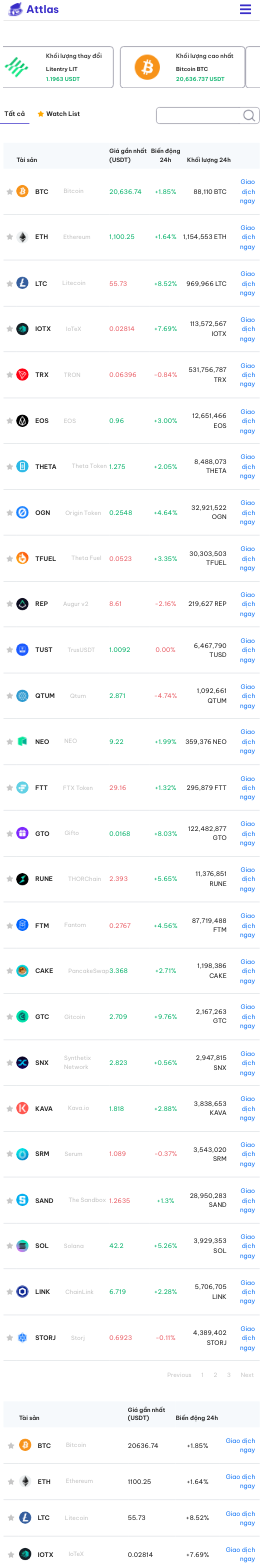
Repository: 1509Long/1509long.github.io
Page: techmaster-test/homepage.html
The author's editor kept a copy of each file at every save. The page is drawn from the files as they stood at one save, then again after the next save.
The browser window is 375 px wide. The pictures show the part of the page from y = 0 to 2240 px (the page is 3446 px tall before and 2393 px after), at 70% of full size.

Above is the page before, as saved 2022-07-19 17:08:19.

After the next save:
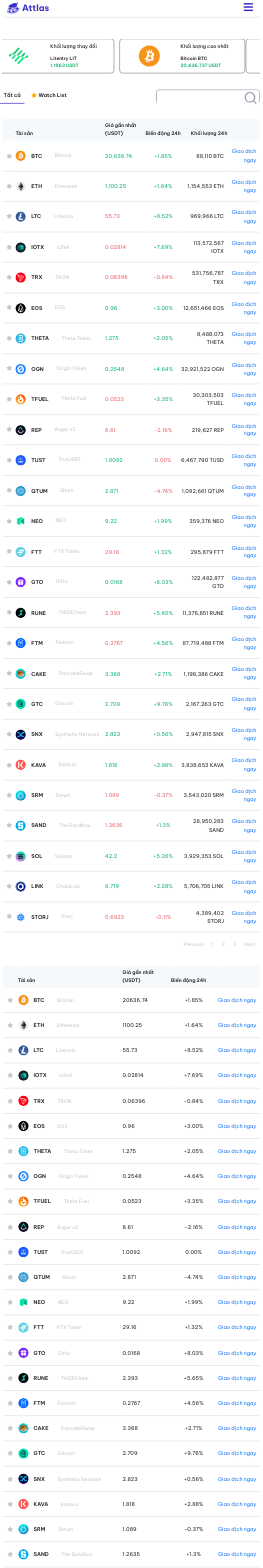
Saved 12 min 58 s later.
--- a/techmaster-test/homepage.css
+++ b/techmaster-test/homepage.css
@@ -69,6 +69,12 @@
 @media screen and (max-width : 767px) {
     html {
         font-size: 6px;
+    }
+}
+
+@media screen and (max-width : 575px) {
+    html {
+        font-size: 5px;
     }
 }
 

After the save that followed:
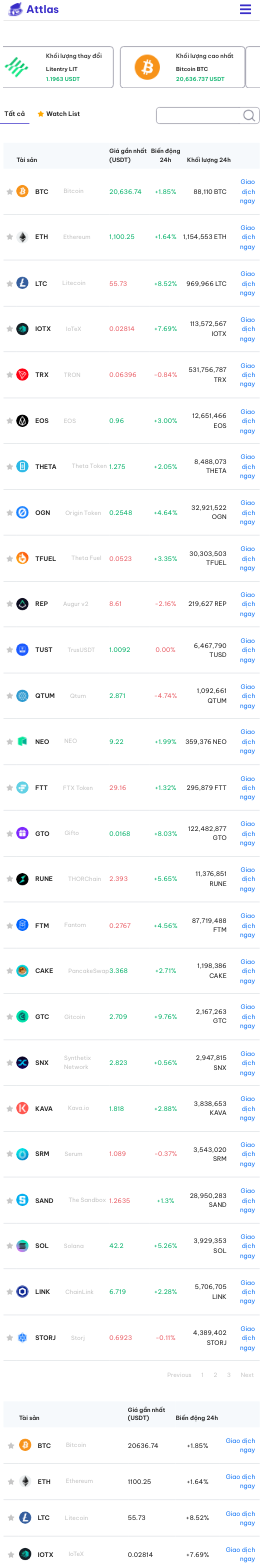
Saved 28 s later.
--- a/techmaster-test/homepage.css
+++ b/techmaster-test/homepage.css
@@ -73,9 +73,7 @@
 }
 
 @media screen and (max-width : 575px) {
-    html {
-        font-size: 5px;
-    }
+
 }
 
 /* 4 div in header */
